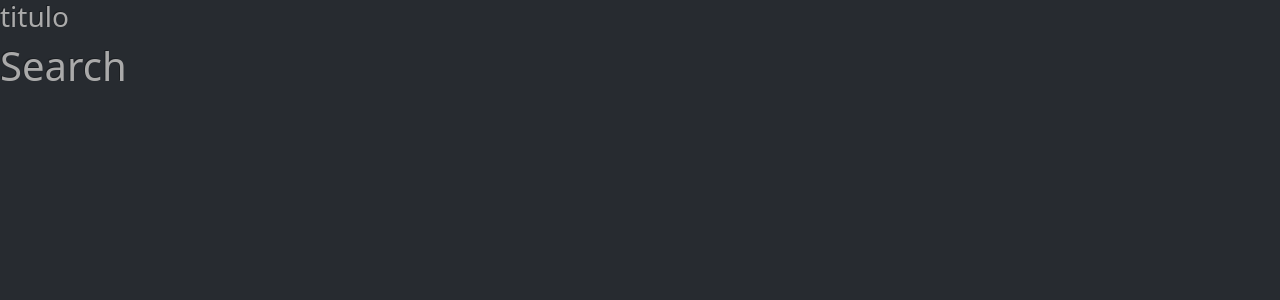
Repository: cargugati/lista_tarefas
Page: frontEnd/index.html
These files come from the project's save history. The page is drawn as it stood at one moment and after a run of saves; the edit follows.
The browser window is 1280 px wide. The pictures show the whole page.

Above is the page before, as saved 2023-03-16 09:39:59.

### frontEnd/index.html
<!DOCTYPE html>
<html lang="pt-br">

<head>
  <meta charset="UTF-8">
  <meta http-equiv="X-UA-Compatible" content="IE=edge">
  <meta name="viewport" content="width=device-width, initial-scale=1.0">
  <title>Lista de Tarefas</title>
  <link rel="stylesheet" href="/assets/css/bootstrap.min.css">
  <link rel="stylesheet" href="/assets/fontawesome/css/all.min.css">
</head>

<body>
  <h3>titulo</h3>

  <h1><i class="fa-solid"></i>Search</h1>

  <script src="assets/js/bootstrap.bundle.min.js"></script>
</body>

</html>

Loaded but not shown: frontEnd/assets/css/bootstrap.min.css (library); frontEnd/assets/fontawesome/css/all.min.css (library); frontEnd/assets/js/bootstrap.bundle.min.js (library)

After the next 2 saves:
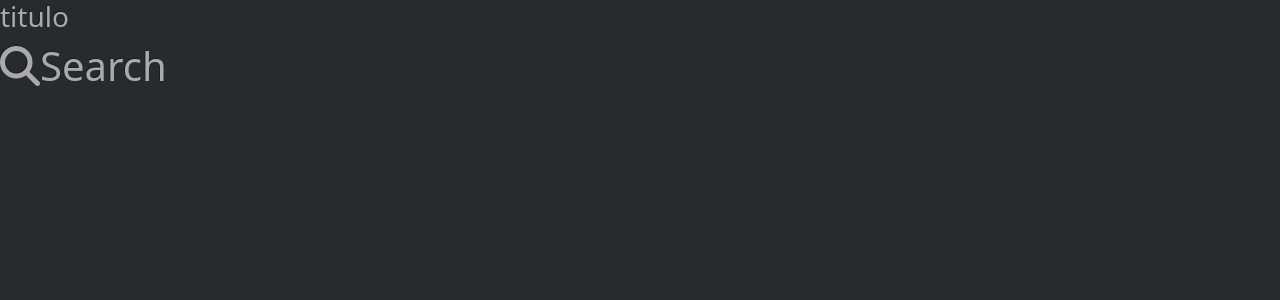
The 2 saves are shown as one change because they came seconds apart.
The last was saved 11 s later.
--- a/frontEnd/index.html
+++ b/frontEnd/index.html
@@ -13,7 +13,7 @@
 <body>
   <h3>titulo</h3>
 
-  <h1><i class="fa-solid"></i>Search</h1>
+  <h1><i class="fa-solid fa-magnifying-glass"></i>Search</h1>
 
   <script src="assets/js/bootstrap.bundle.min.js"></script>
 </body>
